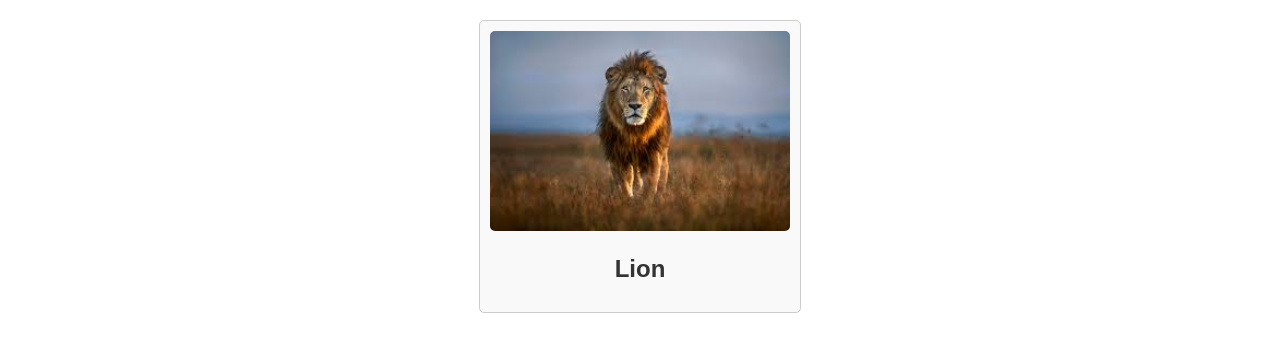
Repository: KingBoyMaylow/Animal-trading-card
Page: index.html
The author's editor kept a copy of each file at every save. The page is drawn from the files as they stood at one save, then again after the next save.
The browser window is 1280 px wide. The pictures show the whole page.

Above is the page before, as saved 2024-05-13 21:40:57.

After the next save:
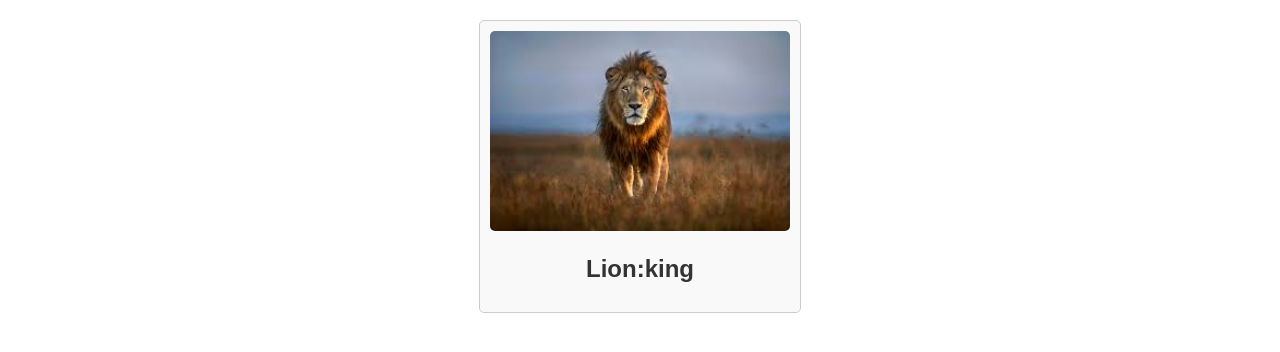
Saved 9 s later.
--- a/index.html
+++ b/index.html
@@ -34,7 +34,7 @@
 <body>
     <div class="card">
         <img src="lion.jpeg" alt="Lion">
-        <h2>Lion</h2>
+        <h2>Lion:king</h2>
     </div>
 </body>
 </html>
